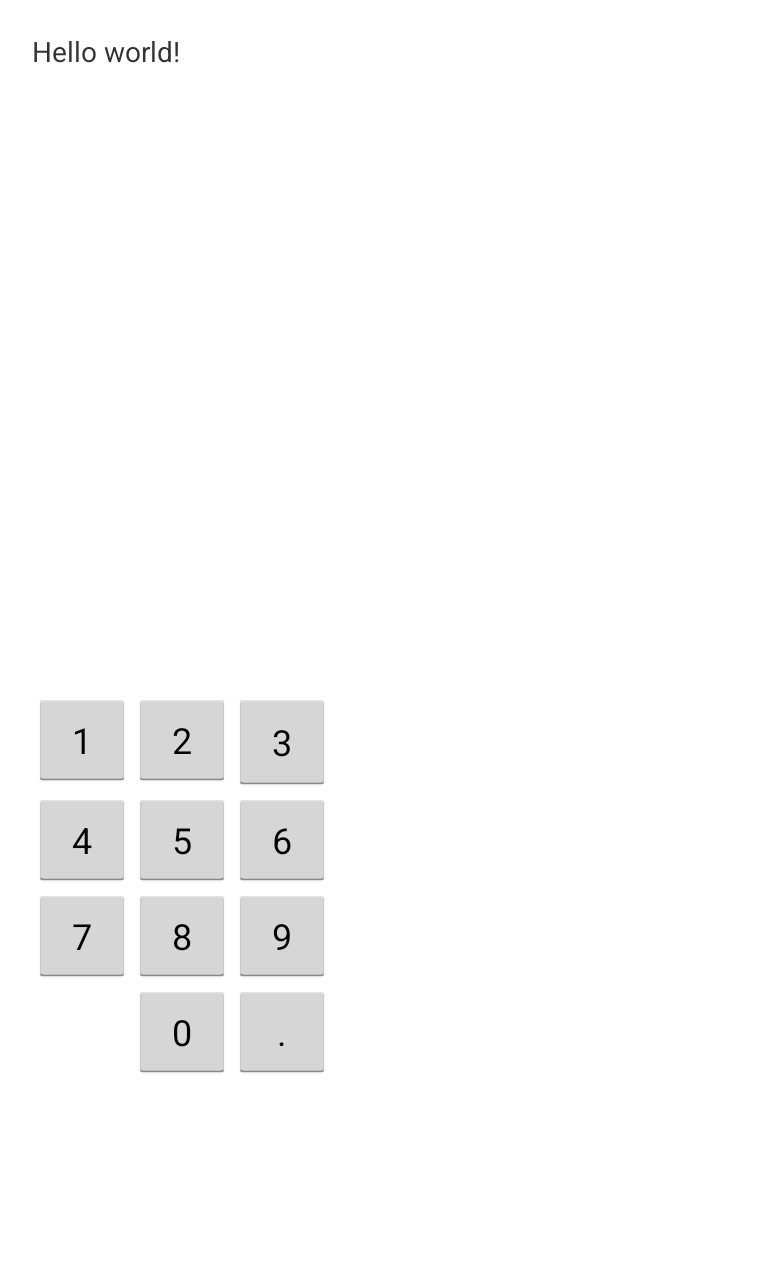
Repository: freelancer-dorian/exerciseAndroid
Layout: 05-20-UIBasic/Layout/res/layout/fragment_main.xml
An editor plug-in stored every save of this project. The layout is shown before and after the next save, followed by the edit.
It is drawn on a 768 x 1280 px phone screen (xhdpi) without system bars, with theme AppTheme; the app's code is not run.

Above is the layout before, as saved 2014-05-22 07:33:11.

After the next save:
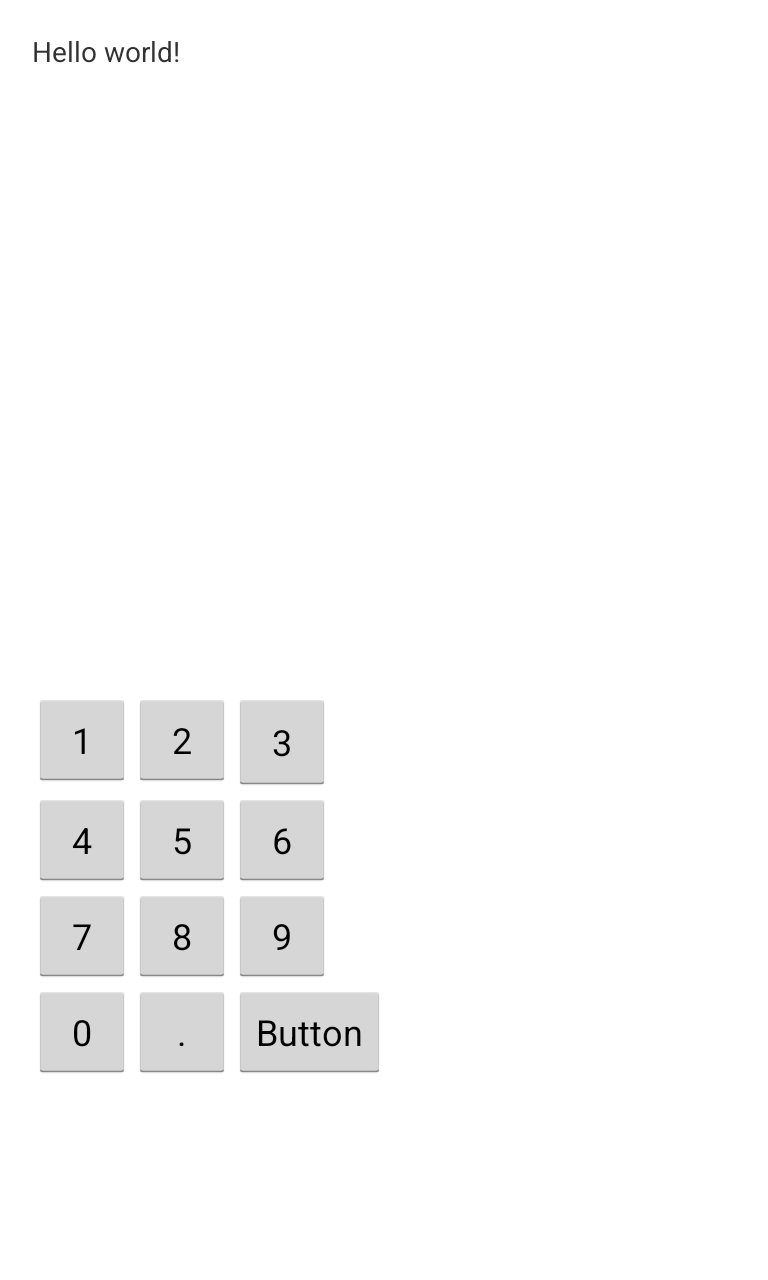
Saved 71 s later.
--- a/05-20-UIBasic/Layout/res/layout/fragment_main.xml
+++ b/05-20-UIBasic/Layout/res/layout/fragment_main.xml
@@ -102,22 +102,30 @@
             android:text="@string/number9_buttons" />
 
         <Button
-            android:id="@+id/Button10"
+            android:id="@+id/Button00"
             android:layout_width="50dp"
             android:layout_height="match_parent"
-            android:layout_column="2"
+            android:layout_column="0"
+            android:layout_gravity="left|top"
+            android:layout_row="3"
+            android:text="@string/number0_buttons" />
+
+        <Button
+            android:id="@+id/ButtonDot"
+            android:layout_width="50dp"
+            android:layout_height="match_parent"
+            android:layout_column="1"
             android:layout_gravity="left|top"
             android:layout_row="3"
             android:text="@string/dot_buttons" />
 
         <Button
-            android:id="@+id/Button00"
-            android:layout_width="50dp"
-            android:layout_height="match_parent"
-            android:layout_column="1"
+            android:id="@+id/button1"
+            android:layout_column="2"
             android:layout_gravity="left|top"
             android:layout_row="3"
-            android:text="@string/number0_buttons" />
+            android:text="Button" />
+
     </GridLayout>
 
     <LinearLayout
